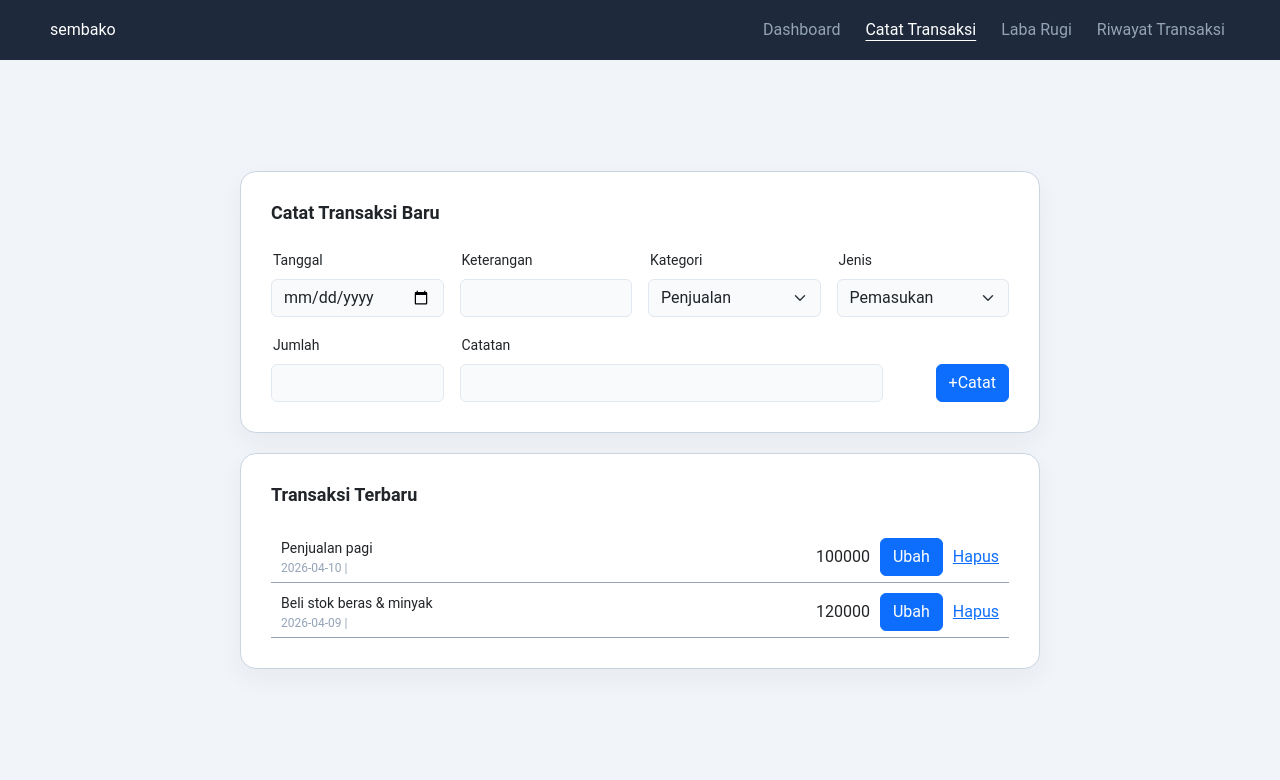
Repository: musdalifahzahra/Projek-Akhir-PWD-2026
Page: http://localhost/3-catat-transaksi.php
The author's editor kept a copy of each file at every save. The page is drawn from the files as they stood at one save, then again after a run of saves.
The browser window is 1280 px wide. The pictures show the whole page.
The page is run by PHP 8.4 with error messages shown; the project is at /var/www/html/. The database holds what the project's SQL file puts in it.

Above is the page before, as saved 2026-04-17 16:25:20.

### 3-catat-transaksi.php
<?php
//koneksi ke database
require "0-koneksi.php";

//INPUT FORM TRANSAKSI (INSERT)
//cek submit uda di pencet blm
if (isset($_POST["submit"])) {
    if (tambah_data($_POST) < 0) {
        echo "Data gagal ditambahkan";
    }
}
?>

<!DOCTYPE html>
<html lang="en">

<head>
    <meta charset="UTF-8">
    <meta name="viewport" content="width=device-width, initial-scale=1.0">
    <title>Catat Transaksi</title>
    <link rel="stylesheet" href="https://cdn.jsdelivr.net/npm/bootstrap@5.3.8/dist/css/bootstrap.min.css">
    <link rel="stylesheet" href="template-css.css">
    <link rel="stylesheet" href="3-catat-transaksi-css.css">
</head>

<body>
    <nav>
        <div class="profile">
            <span>sembako</span>
        </div>
        <div class="nav_list">
            <ul>
                <li><a href="2-dashboard.php">Dashboard</a></li>
                <li><a href="3-catat-transaksi.php" class="nav-active">Catat Transaksi</a></li>
                <li><a href="4-laba-rugi.php">Laba Rugi</a></li>
                <li><a href="5-laporan.php">Riwayat Transaksi</a></li>
            </ul>
        </div>
    </nav>

    <div class="wrap">
        <!-- input transaksi -->
        <div class="input-transaksi template">
            <form class="row g-3" method="POST">
                <h5>Catat Transaksi Baru</h5><br>
                <!-- tanggal -->
                <div class="col-md-3">
                    <label for="tanggal" class="form-label">Tanggal</label>
                    <input type="date" class="form-control" id="tanggal" name="tanggal" required>
                </div>
                <!-- keterangan -->
                <div class="col-md-3">
                    <label for="keterangan" class="form-label">Keterangan</label>
                    <input type="text" class="form-control" id="keterangan" name="keterangan" required>
                </div>
                <!-- kategori -->
                <div class="col-md-3">
                    <label for="inputZip" class="form-label">Kategori</label>
                    <select class="form-select" id="kategori" aria-label="Default select example" name="kategori" required>
                        <option value="Penjualan">Penjualan</option>
                        <option value="Belanja Stok">Belanja Stok</option>
                        <option value="Operasional">Operasional</option>
                        <option value="Gaji">Gaji</option>
                        <option value="Lain-lain">Lain-lain</option>
                    </select>
                </div>
                <!-- jenis -->
                <div class="col-md-3">
                    <label for="jenis" class="form-label">Jenis</label>
                    <select class="form-select" id="jenis" aria-label="Default select example" name="jenis" required>
                        <option value="Masuk">Pemasukan</option>
                        <option value="Keluar">Pengeluaran</option>
                    </select>
                </div>
                <!-- jumlah-->
                <div class="col-md-3">
                    <label for="jumlah" class="form-label">Jumlah</label>
                    <input type="number" class="form-control" id="jumlah" name="jumlah" required>
                </div>
                <!-- catatan -->
                <div class="col-md-7">
                    <label for="catatan" class="form-label">Catatan</label>
                    <input type="text" class="form-control" id="catatan" name="catatan">
                </div>
                <!-- submit (+catat) -->
                <div class="col-md-2 d-flex align-items-end justify-content-end">
                    <button type="submit" class="btn btn-primary" id="catat" name="submit" required> +Catat </button>
                </div>
                <br>
            </form>
        </div>


        <!-- MENAMPILKAN DAFTRA TRANSAKSI TERBARU -->
        <?php
        //  $transaksi_terbaru = nyimpan data yg diambil dari fungsi transaksi()
        // manggil fungsi transaksi sambil emmbawa parameter yg berfungsi u/ ngambil nya cuma 6
        $transaksi_terbaru = nampilin_data("SELECT * FROM transaksi ORDER BY No DESC LIMIT 6");
        ?>

        <div class="tampil-transaksi-terbaru template">
            <h5>Transaksi Terbaru</h5><br>
            <div class="wrap-transaksi">
                <?php foreach ($transaksi_terbaru as $data) : ?>
                    <div class="satu-transaksi">

                        <div class="a">
                            <p class="keterangan"><?= $data['Keterangan'] ?></p>
                            <p class="tanggal-catatan"><?= $data['Tanggal'] . " | " . $data['Catatan'] ?></p>
                        </div>

                        <div class="b">
                            <p><?= $data['Jumlah'] ?></p>


                            <!-- MODAL POP UP UBAH -->
                            <!-- Button modal ubah -->
                            <button type="button" class="btn btn-primary" data-bs-toggle="modal" data-bs-target="#modal-ubah<?= $data['No'] ?>">
                                Ubah
                            </button>
                            <!-- tampilan pop up ubah -->
                            <div class="modal fade" id="modal-ubah<?= $data['No'] ?>" data-bs-backdrop="static" data-bs-keyboard="false" tabindex="-1" aria-labelledby="staticBackdropLabel" aria-hidden="true">
                                <div class="modal-dialog template">
                                    <div class="modal-content">
                                        <div class="modal-header">
                                            <h5 class="modal-title fs-5" id="staticBackdropLabel">Ubah data transaksi</h5>
                                            <button type="button" class="btn-close" data-bs-dismiss="modal" aria-label="Close"></button>
                                        </div>
                                        <div class="modal-body">
                                            <!-- input transaksi -->
                                            <div class="input-transaksi template">

                                                <!-- kalo biasnya kirim datanya lewat a href GET, kalo ini pake form POST -->
                                                <form class="row g-3" action="0-koneksi.php" method="POST">
                                                    <!-- membawa id, id  yang sesuai dengan data yg mau di edit -->
                                                    <input type="hidden" name="id" value="<?= $data['No'] ?>">

                                                    <!-- tanggal -->
                                                    <div class="col-md-3">
                                                        <label for="tanggal" class="form-label">Tanggal</label>
                                                        <input type="date" class="form-control" id="tanggal" name="tanggal" value="<?= $data['Tanggal'] ?>" required>
                                                    </div>
                                                    <!-- keterangan -->
                                                    <div class="col-md-3">
                                                        <label for="keterangan" class="form-label">Keterangan</label>
                                                        <input type="text" class="form-control" id="keterangan" name="keterangan" value="<?= $data['Keterangan'] ?>" required>
                                                    </div>
                                                    <!-- kategori -->
                                                    <div class="col-md-3">
                                                        <label for="inputZip" class="form-label">Kategori</label>
                                                        <select class="form-select" id="kategori" aria-label="Default select example" name="kategori" value="<?= $data['Kategori'] ?>" required>
                                                            <option value="Penjualan">Penjualan</option>
                                                            <option value="Belanja Stok">Belanja Stok</option>
                                                            <option value="Operasional">Operasional</option>
                                                            <option value="Gaji">Gaji</option>
                                                            <option value="Lain-lain">Lain-lain</option>
                                                        </select>
                                                    </div>
                                                    <!-- jenis -->
                                                    <div class="col-md-3">
                                                        <label for="jenis" class="form-label">Jenis</label>
                                                        <select class="form-select" id="jenis" aria-label="Default select example" name="jenis" value="<?= $data['Jenis'] ?>" required>
                                                            <option value="Masuk">Pemasukan</option>
                                                            <option value="Keluar">Pengeluaran</option>
                                                        </select>
                                                    </div>
                                                    <!-- jumlah-->
                                                    <div class="col-md-3">
                                                        <label for="jumlah" class="form-label">Jumlah</label>
                                                        <input type="number" class="form-control" id="jumlah" name="jumlah" value="<?= $data['Jumlah'] ?>" required>
                                                    </div>
                                                    <!-- catatan -->
                                                    <div class="col-md-7">
                                                        <label for="catatan" class="form-label">Catatan</label>
                                                        <input type="text" class="form-control" id="catatan" name="catatan" value="<?= $data['Catatan'] ?>">
                                                    </div>
                                                    <!-- submit (ubah) -->
                                                    <div class="col-md-2 d-flex align-items-end justify-content-end">
                                                        <button type="submit" class="btn btn-primary" id="catat" name="submit-ubah" required> Ubah </button>
                                                    </div>
                                                    <br>
                                                </form>
                                            </div>
                                        </div>
                                        <!-- <div class="modal-footer">
                                            <button type="button" class="btn btn-secondary" data-bs-dismiss="modal">Close</button>
                                            <button type="button" class="btn btn-primary">Understood</button>
                                        </div> -->
                                    </div>
                                </div>
                            </div>

                            <!-- <a href="0-ubah.php?id=<?= $data["No"] ?>"> Edit </a> -->
                            <a href="0-hapus.php?id=<?= $data["No"] ?>" onclick="return confirm('Apakah anda ingin mengapus data tersebut');"> Hapus </a>
                            <!-- <button class="edit">Edit</button>
                            <button class="hapus"> x </button> -->
                        </div>
                    </div>
                <?php endforeach; ?>
            </div>
        </div>
    </div>
    <!-- masukin bootstrap js -->
    <script src="https://cdn.jsdelivr.net/npm/bootstrap@5.3.3/dist/js/bootstrap.bundle.min.js"></script>
</body>

</html>
</body>

</html>

### 0-koneksi.php
<?php
//koneksi ke database
$conn = mysqli_connect("localhost", "root", "", "laporan_keuangan");

//ambil data
$result = mysqli_query($conn, "SELECT * FROM transaksi");
if (!$result) {
    echo mysqli_error($conn);
}

//FUNGSI UNTUK MENAMBAHKAN DATA (INSERT)
function tambah_data($data_insert)
{

    global $conn;
    $tanggal = $data_insert["tanggal"];
    $keterangan = $data_insert["keterangan"];
    $kategori = $data_insert["kategori"];
    $jenis = $data_insert["jenis"];
    $jumlah = $data_insert["jumlah"];
    $catatan = $data_insert["catatan"];

    $insert = "INSERT INTO transaksi
              VALUES (null, '$tanggal', '$keterangan', '$kategori', '$jenis', '$jumlah', '$catatan')
              ";

    mysqli_query($conn, $insert);

    //mengembalikan nilai, cek berhasil apa ngga. kalo (1) = berhasil, (-1)= tidak berhasil;
    return mysqli_affected_rows($conn);
}

// FUNGSI UNTUK BACA DATA DARI DATABASE, dipake bwt nampilin transaksi terbaru
function nampilin_data($query)
{
    global $conn;

    $result = mysqli_query($conn, $query);
    //$rows = wadah untuk menyimpan baris-baris yg akan di ambil
    $rows = [];
    while ($row = mysqli_fetch_assoc($result)) {
        $rows[] = $row;
    }
    // mengmebalikan semua baris-baris($row) yg uda kesimpan di $rows
    return $rows;
}

//FUNGSI UNTUK HAPUS
function hapus($id)
{
    global $conn;

    mysqli_query($conn, "DELETE FROM transaksi WHERE No = $id");

    return mysqli_affected_rows($conn);
}

//UNTUK KONDISI KETIKA MENG UBAH DATA
// cek tombol ubah uda d pencet blm
if (isset($_POST["submit-ubah"])) {
    global $conn;
    //persiapan ubah data
    // ambil data
    $tanggal = $_POST["tanggal"];
    $keterangan = $_POST["keterangan"];
    $kategori = $_POST["kategori"];
    $jenis = $_POST["jenis"];
    $jumlah = $_POST["jumlah"];
    $catatan = $_POST["catatan"];

    $ubah = mysqli_query($conn, 'UPDATE transaksi SET
                            Tanggal
                            Keterangan
                            Kategori
                            Jenis
                            Jumlah
                            Catatan
                            WHERE No = $_POST["id"]
                            ');



    // cek data nerhasil di ubah apa ngga
    if ($ubah) {
        echo "
        <script>
        alert('Data berhasil di ubah');
        document.location.href = '3-catat-transaksi.php';
        </script>
        ";
    } else {
        echo "
        <script>
        alert('Data gagal di ubah');
        document.location.href = '3-catat-transaksi.php';
        </script>
        ";
    }
}

### template-css.css
:root {
  --color-nav: #1e293b;
  --color-bag-web: #f1f5f9;
  --color-card: #ffffff;
  --color-belum-dipencet: #94a3b8;
  --color-kurson: #cbd5e1;
  --color-tulisan-utama: #334155;
  --color-pemasukan: #10b981;
  --color-pengeluaran: #ef4444;
  --color-border: #e2e8f0;
  --color-border-card: #cbd5e1;
  --color-input: #f8fafc;
  --h1: 32px; /* (judul halaman) */
  --h2: 24px; /* (judul section) */
  --h3: 20px; /* (sub section) */
  --font-judul-card: 18px; /* (judul card) */
  --h5: 16px; /* (label besar) */
  --font-text: 14px; /* (teks biasa) */
  --font-note: 12px; /* (catatan/hint) */
}

body {
  font-family: "Roboto", sans-serif;
}

nav {
  background-color: var(--color-nav);
  height: 60px;
  display: flex;
  align-items: center;
  justify-content: space-between;
  padding: 0px 50px;
  z-index: 1;
  position: sticky;
  top: 0px;
}

nav span {
  color: var(--color-card);
}

nav ul {
  padding: 0px;
  margin: 0px;
  display: flex;
  gap: 20px;
}
nav li {
  margin-right: 5px;
  display: inline;
  font-style: none;
}

nav a {
  color: var(--color-belum-dipencet);
  text-decoration: none;
}

.nav-active {
  color: var(--color-card);
  text-decoration: underline;
  text-underline-offset: 5px;
}

nav a:hover {
  color: var(--color-kurson);
}
body {
  background-color: var(--color-bag-web);
}

### 3-catat-transaksi-css.css
/* INPUT  FORM TRANSAKSI */
.wrap {
  display: flex;
  flex-direction: column;
  z-index: 2;
  width: 100%;
  min-height: 100vh;
  background-color: var(--color-bag-web);
  padding: 50px 20px;
  gap: 20px;
  justify-content: center;
  align-items: center;
}

h5 {
  font-size: var(--font-judul-card);
  font-weight: bold;
}
.template {
  max-width: 800px;
  border: 1.2px solid var(--color-border-card);
  background-color: var(--color-card);
  border-radius: 16px;
  box-shadow: 0 10px 25px rgba(30, 41, 59, 0.05);
  padding: 30px;
}

.input-transaksi {
  display: flex;

  /* padding: 20px; */
}

.transaksi-terbaru {
  display: flex;
  flex: 1;
  /* padding: 20px; */
}
form .catat {
  margin: 0px;
  padding: 0px;
}
.form-label{
  padding-left: 2px;
  font-size: var(--font-text);
}

.form-control,
.form-select {
  background-color: var(--color-input);
  border: 1px solid var(--color-border);
}

/* TRANSAKSI TERBARU */
.tampil-transaksi-terbaru {
  margin: 0%;
  width: 100%;
  display: flex;
  flex-direction: column;
  height: auto;
  gap: 0px;
}
.wrap-transaksi{
  display: flex;
  gap: 10px;
  flex-direction: column;
}
.satu-transaksi {
  width: 100%;
  display: grid;
  grid-template-columns: 1fr auto auto auto auto;
  border-bottom: 1px solid var(--color-belum-dipencet);
  padding: 0px 10px 5px 10px;
}
.a {
}

.keterangan {
font-size: large;
font-size: var(--font-text);
}
.tanggal-catatan{
  font-size:x-small;
  font-size:var(--font-note);
  color: var(--color-belum-dipencet);
}
.jenis{
  font-size: x-small;
  background-color: aqua;
  border-radius: 25px;
  padding: 4px 10px;
}
.edit{
  font-size: x-small;
  background-color: rgb(233, 255, 137);
  border-radius: 25px;
  padding: 4px 10px;
  border: none;

}
.hapus{
  background-color: rgb(214, 170, 255);
  border-radius: 100%;
  padding: 2px 7px;
  font-size: x-small;
  border: none;
}
.b {
  display: flex;
  align-items: center;
  flex-direction: row;
  gap: 10px;
}
p{
  padding: 0px;
  margin: 0px;
}

### Laporan_Keuangan.sql (the tables this page reads)
CREATE TABLE `transaksi` (
  `No` int(11) NOT NULL,
  `Tanggal` date DEFAULT NULL,
  `Keterangan` varchar(50) DEFAULT NULL,
  `Kategori` varchar(30) DEFAULT NULL,
  `Jenis` varchar(20) DEFAULT NULL,
  `Jumlah` int(11) DEFAULT NULL,
  `Catatan` varchar(50) DEFAULT NULL,
  PRIMARY KEY (`No`)
) ENGINE=InnoDB DEFAULT CHARSET=utf8mb4 COLLATE=utf8mb4_general_ci;

INSERT INTO `transaksi` VALUES (1,'2026-04-09','Beli stok beras & minyak','Belanja Stok','Pengeluaran',120000,''),(2,'2026-04-10','Penjualan pagi','Penjualan','Pemasukan',100000,'');

After the next 4 saves:
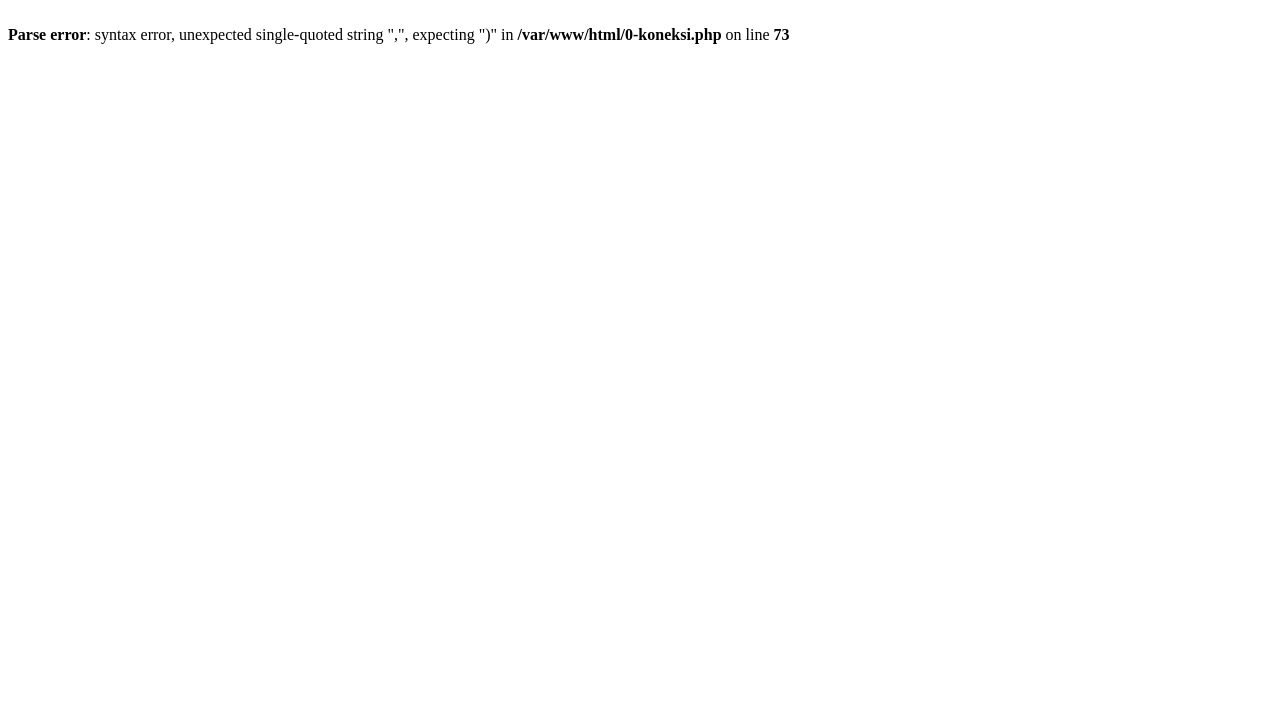
The 4 saves are shown as one change because they came seconds apart.
The last was saved 11 s later.
--- a/0-koneksi.php
+++ b/0-koneksi.php
@@ -69,12 +69,12 @@
     $catatan = $_POST["catatan"];
 
     $ubah = mysqli_query($conn, 'UPDATE transaksi SET
-                            Tanggal
-                            Keterangan
-                            Kategori
-                            Jenis
-                            Jumlah
-                            Catatan
+                            Tanggal = '',
+                            Keterangan = '',
+                            Kategori = '',
+                            Jenis = '',
+                            Jumlah = '',
+                            Catatan = '',
                             WHERE No = $_POST["id"]
                             ');
 
